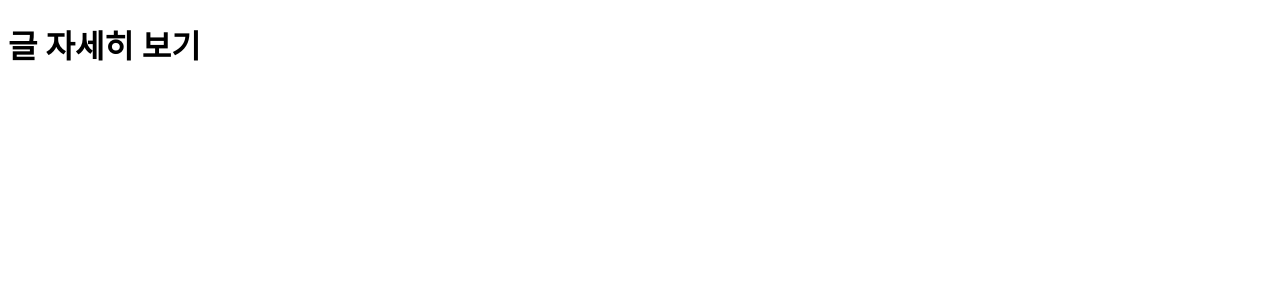
Repository: saysang22/servlet
Page: http://localhost/bbs/retrieve.jsp
An editor plug-in stored every save of this project. The page is shown before and after the next save, followed by the edit.
The browser window is 1280 px wide. The pictures show the whole page.
The page is served by Tomcat 10.

Above is the page before, as saved 2024-06-05 03:02:23.

After the next save:
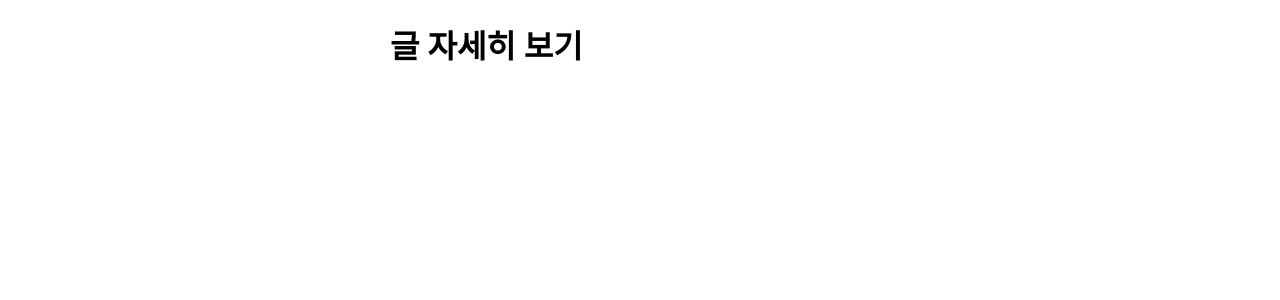
Saved 51 s later.
--- a/bbs/src/main/webapp/retrieve.jsp
+++ b/bbs/src/main/webapp/retrieve.jsp
@@ -5,10 +5,19 @@
 <head>
 <meta charset="UTF-8">
 <title>글 자세히 보기</title>
+<style>
+	.wrap {
+		width: 500px;
+		margin: 0 auto;
+	}
+</style>
 </head>
 <body>
 	<div class="wrap">
 		<h1>글 자세히 보기</h1>
+		<form action="update.do" method="post">
+
+		</form>
 	</div>
 </body>
 </html>
